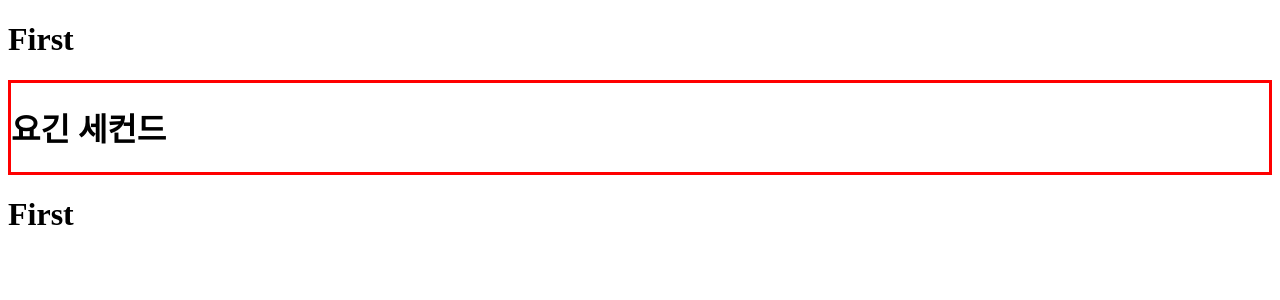
Repository: kmw7691/Soldesk
Page: http://localhost/Nov16_1_Customizing/First.jsp
These files come from the project's save history. The page is drawn as it stood at one moment and after the next save; the edit follows.
The browser window is 1280 px wide. The pictures show the whole page.
The page is served by Tomcat 9.

Above is the page before, as saved 2023-11-16 02:17:06.

After the next save:
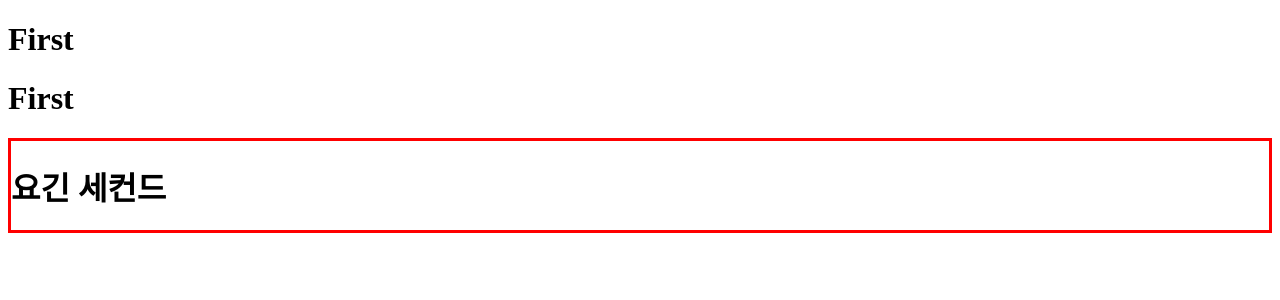
Saved 11 s later.
--- a/Nov16_1_Customizing/src/main/webapp/First.jsp
+++ b/Nov16_1_Customizing/src/main/webapp/First.jsp
@@ -33,7 +33,7 @@
  	-->
 
 	<h1>First</h1>
+	<h1>First</h1>
 	<jsp:include page="Second.jsp"></jsp:include>
-	<h1>First</h1>
 </body>
 </html>

After the save that followed:
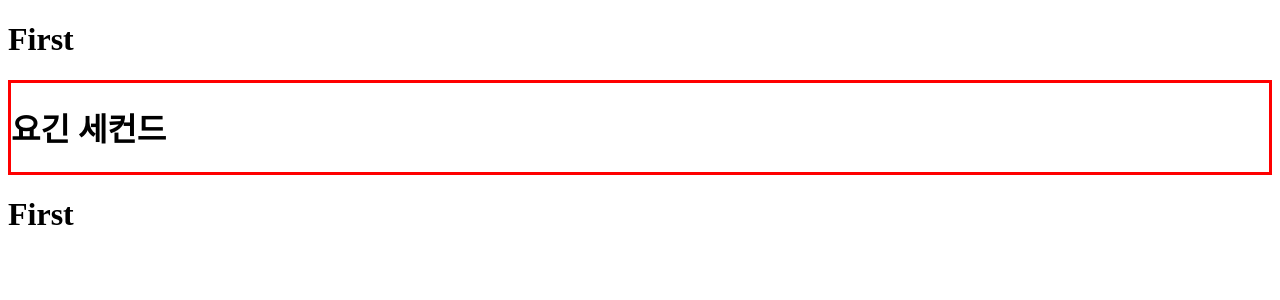
Saved 65 s later.
--- a/Nov16_1_Customizing/src/main/webapp/First.jsp
+++ b/Nov16_1_Customizing/src/main/webapp/First.jsp
@@ -33,7 +33,9 @@
  	-->
 
 	<h1>First</h1>
+	<!-- Second.jsp 코드가 아래에 포함 -->
+	<!-- 내가 원하는 자리에 넣어서 표현할 수 있다는 장점 -->
+	<jsp:include page="Second.jsp" />
 	<h1>First</h1>
-	<jsp:include page="Second.jsp"></jsp:include>
 </body>
 </html>
